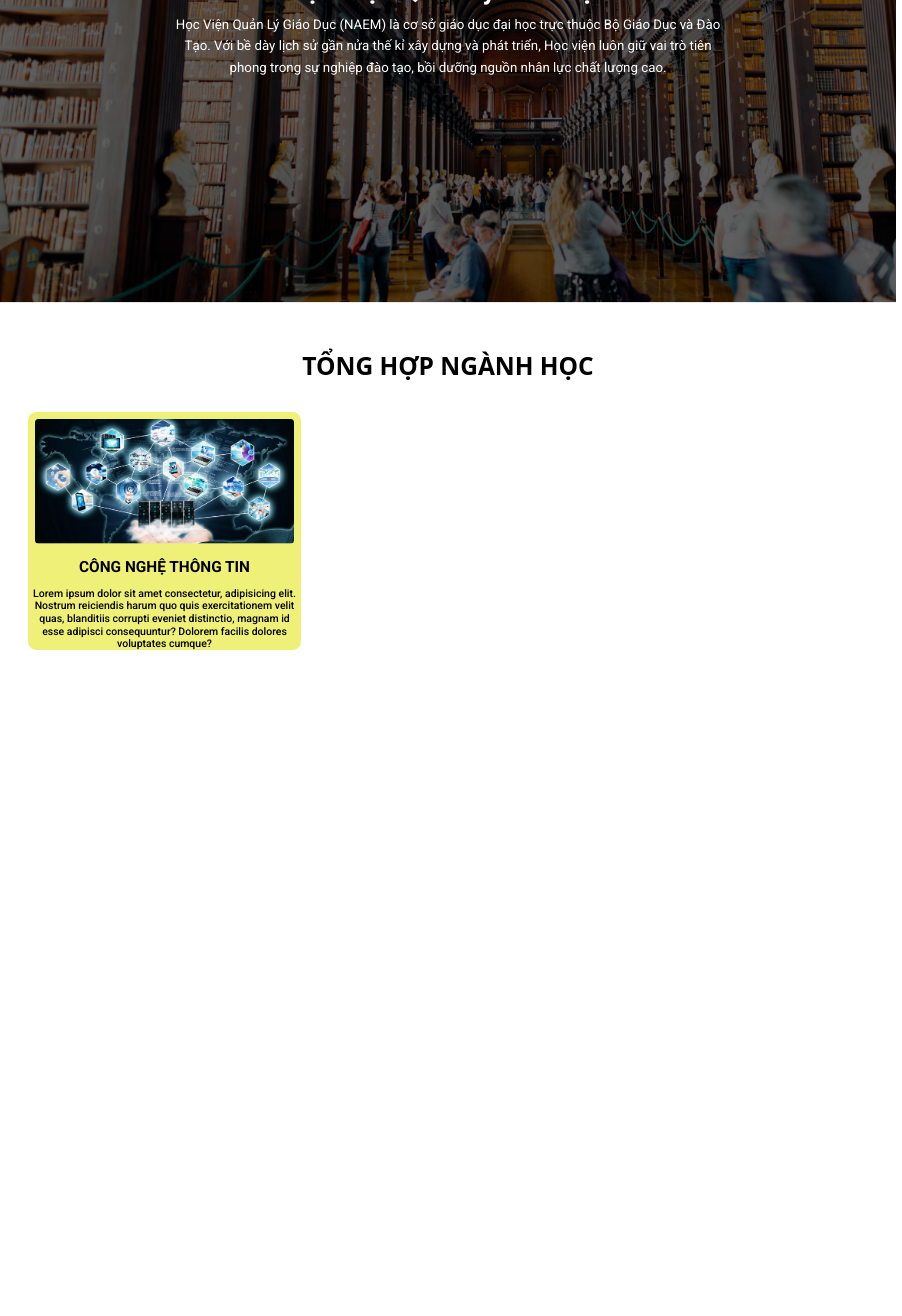
Repository: hongphuck1/trangweb1
Page: index.html
The author's editor kept a copy of each file at every save. The page is drawn from the files as they stood at one save, then again after the next save.
The browser window is 1280 px wide. The page is 1288 px wide, so the pictures cover 1288 px, including what lies to the right of the window. The pictures show the part of the page from y = 1492 to 3372 px (the page is 4941 px tall), at 70% of full size.

Above is the page before, as saved 2021-09-07 02:00:42.

### index.html
<!DOCTYPE html>
<html lang="en">

<head>
  <meta charset="UTF-8" />
  <meta name="viewport" content="width=device-width, initial-scale=1, shrink-to-fit=no" />
  <meta http-equiv="x-ua-compatible" content="ie=edge" />
  <title>Material Design for Bootstrap</title>
  <!-- MDB icon -->
  <link rel="icon" href="img/SSS1.png" type="image/x-icon" />
  <!-- Font Awesome -->
  <link rel="stylesheet" href="https://use.fontawesome.com/releases/v5.15.2/css/all.css" />
  <!-- Google Fonts Roboto -->
  <link rel="stylesheet" href="https://fonts.googleapis.com/css2?family=Roboto:wght@300;400;500;700;900&display=swap" />
  <!-- MDB -->
  <link rel="stylesheet" href="css/style.css" />
  <link rel="stylesheet" href="css/base.css" />
  <link rel="stylesheet" href="css/grid.css" />
  <link rel="stylesheet" href="css/mdb.min.css" />
</head>

<body>
  <!-- Start your project here-->
  <div class="main">
    <!--Main Navigation-->
    <header>


      <!-- Navbar -->
      <nav class="navbar--opacity navbar navbar-expand-lg navbar-light fixed-top mask-custom shadow-0">
        <div class="container">

          <a class="navbar-brand nav-link" target="_blank" href="https://mdbootstrap.com/docs/standard/">
            <strong style="font-size: 2.2rem;">MRC</strong>
          </a>
          <button class="navbar-toggler navbar-toggler--opacity" type="button" data-mdb-toggle="collapse"
            data-mdb-target="#navbarSupportedContent" aria-controls="navbarSupportedContent" aria-expanded="false"
            aria-label="Toggle navigation">
            <i style="color: #ccc" class="fas fa-bars"></i>
          </button>
          <div class="collapse navbar-collapse" id="navbarSupportedContent">
            <ul class="navbar-nav me-auto mb-2 mb-lg-0">
              <li class="nav-item active">
                <a class="nav-link" aria-current="page" href="#intro">Giới thiệu</a>
              </li>
              <li class="nav-item">
                <a class="nav-link" href="https://www.facebook.com/MRC.NAEM" rel="nofollow" target="_blank">Hỏi đáp</a>
              </li>
              <li class="nav-item">
                <a class="nav-link" href="https://www.facebook.com/MRC.NAEM" target="_blank">Bài viết</a>
              </li>
              <li class="nav-item">
                <a class="nav-link" href="https://www.facebook.com/messages/t/101815085369835" target="_blank">Liên
                  hệ</a>
              </li>
            </ul>
            <ul class="navbar-nav list-inline">
              <!-- Icons -->
              <li class="">
                <a class="nav-link" href="https://www.youtube.com/channel/UCjl0s7v8m8V4IzuAS1fH-iA" rel="nofollow"
                  target="_blank">
                  <i class="fab fa-youtube"></i>
                </a>
              </li>
              <li class="">
                <a class="nav-link" href="https://www.facebook.com/MRC.NAEM" rel="nofollow" target="_blank">
                  <i class="fab fa-facebook-f"></i>
                </a>
              </li>
              <li class="nav-item">
                <a class="nav-link" href="https://www.tiktok.com/@mrcnaem" rel="nofollow" target="_blank">
                  <i class="fab fa-tiktok"></i>
                </a>
              </li>
              <li class="nav-item">
                <a class="nav-link" href="tel: 0349167687" rel="nofollow" target="_blank">
                  <i class="fas fa-envelope"></i>
                </a>
              </li>
            </ul>
          </div>
        </div>
      </nav>

      <!-- Carousel wrapper -->
      <div id="introCarousel" class="carousel slide carousel-fade shadow-2-strong" data-mdb-ride="carousel">
        <!-- Indicators -->
        <ol class="carousel-indicators">
          <li data-mdb-target="#introCarousel" data-mdb-slide-to="0" class="active"></li>
          <li data-mdb-target="#introCarousel" data-mdb-slide-to="1"></li>
          <li data-mdb-target="#introCarousel" data-mdb-slide-to="2"></li>
        </ol>

        <!-- Inner -->
        <div class="carousel-inner">
          <!-- Single item -->
          <div class="carousel-item active">
            <div class="mask" style="background-color: rgba(0, 0, 0, 0.6);">
              <div class="d-flex justify-content-center align-items-center h-100">
                <div class="text-white text-center">
                  <h1 style="font-size: 2.4rem;" class="mb-3">CLB TUYỂN SINH VÀ TRUYỀN THÔNG - MRC NAEM</h1>
                  <h5 style="font-size: 1.2rem;" class="mb-4">Hỗ trợ tư vấn - hướng nghiệp, trả lời những thắc mắc cho
                    học sinh và phụ huynh.</h5>

                  <a style="font-size: 1.8rem; " class="btn-DANGKI btn btn-outline-light btn-lg m-2"
                    href="https://www.facebook.com/MRC.NAEM" target="_blank" role="button">Đăng kí ngay</a>
                </div>
              </div>
            </div>
          </div>

          <!-- Single item -->
          <div class="carousel-item">
            <div class="mask" style="background-color: rgba(0, 0, 0, 0.3);">
              <div class="d-flex justify-content-center align-items-center h-100">
                <div class="text-white text-center">
                  <h1 style="font-size: 2.4rem;" class="mb-3">CLB TUYỂN SINH VÀ TRUYỀN THÔNG - MRC NAEM</h1>
                  <h5 style="font-size: 1.2rem;" class="mb-4">Hỗ trợ tư vấn - hướng nghiệp, trả lời những thắc mắc cho
                    học sinh và phụ huynh.</h5>

                  <a style="font-size: 1.8rem; " class="btn-DANGKI btn btn-outline-light btn-lg m-2"
                    href="https://www.facebook.com/MRC.NAEM" target="_blank" role="button">Đăng kí ngay</a>
                </div>
              </div>
            </div>
          </div>

          <!-- Single item -->
          <div class="carousel-item">
            <div class="mask" style="
                background: linear-gradient(
                  45deg,
                  rgba(29, 236, 197, 0.7),
                  rgba(91, 14, 214, 0.7) 100%
                );
              ">
              <div class="d-flex justify-content-center align-items-center h-100">
                <div class="text-white text-center">
                  <h1 style="font-size: 2.4rem;" class="mb-3">CLB TUYỂN SINH VÀ TRUYỀN THÔNG - MRC NAEM</h1>
                  <h5 style="font-size: 1.2rem;" class="mb-4">Hỗ trợ tư vấn - hướng nghiệp, trả lời những thắc mắc cho
                    học sinh và phụ huynh.</h5>

                  <a style="font-size: 1.8rem; " class="btn-DANGKI btn btn-outline-light btn-lg m-2"
                    href="https://www.facebook.com/MRC.NAEM" target="_blank" role="button">Đăng kí ngay</a>
                </div>
              </div>
            </div>
          </div>
        </div>
        <!-- Inner -->

        <!-- Controls -->
        <a class="carousel-control-prev" href="#introCarousel" role="button" data-mdb-slide="prev">
          <span class="carousel-control-prev-icon" aria-hidden="true"></span>
          <span class="sr-only">Previous</span>
        </a>
        <a class="carousel-control-next" href="#introCarousel" role="button" data-mdb-slide="next">
          <span class="carousel-control-next-icon" aria-hidden="true"></span>
          <span class="sr-only">Next</span>
        </a>
      </div>
      <!-- Carousel wrapper -->
    </header>


    <section>
      <div class="container-body">
        <div class="container-body-name">
          <h1>Thông Tin Tuyển Sinh</h1>
        </div>

        <div class="row">
          <div class="col l-6">
            <div class="container-body-content">
              <h2 class="container-body-content__name">Các Phương Án Xét Tuyển</h2>
              <div class="container-body-content-attention">
                <i class="fas fa-check-double"></i>
                <h4>Dựa vào học bạ (Điểm HK1 & HK2 lớp 11 và điểm HK1 lớp 12)</h4>
              </div>
              <div class="container-body-content-attention">
                <i class="fas fa-check-double"></i>
                <h4>Sử dụng kết quả thi THPT 2021</h4>
              </div>
              <div class="container-body-content-attention">
                <i class="fas fa-check-double"></i>

                <h4>Tuyển thẳng</h4>
              </div>
              <div class="container-body-content-attention">
                <i class="far fa-bell"></i>
                <h4>Cơ hội trúng tuyển cao khi có tới 70% chỉ tiêu qua xét tuyển học bạ</h4>
              </div>
              <div class="container-body-content-attention">
                <i class="far fa-plus-square"></i>
                <h4>Đặc biệt sinh viên được phép học thêm một ngành khác tại Học viện (Luật, Ngôn ngữ Anh, Tâm lý giáo
                  dục, Quản trị văn phòng, Giáo dục học, Quản lý giáo dục và Kinh tế giáo dục)</h4>
              </div>
            </div>
          </div>
          <div class="col l-6">
            <div class="container-body-img">
              <img src="img/klipartz.com_-1024x586.png" alt="">
            </div>
          </div>
        </div>


      </div>

      <div class="container-body-review">
        <div class="grid wide">
          <div class="row">
            <div class="col l-12">
              <img src="img/1-1.png" alt="">
              <div class="container-body-review__name">
                Học Viện Quản Lý Giáo Dục
              </div>
              <div class="container-body-review__title">
                Học Viện Quản Lý Giáo Dục (NAEM) là cơ sở giáo dục đại học trực thuộc Bộ Giáo Dục và Đào Tạo. Với bề dày
                lịch sử gần nửa thế kỉ xây dựng và phát triển, Học viện luôn giữ vai trò tiên phong trong sự nghiệp đào
                tạo, bồi dưỡng nguồn nhân lực chất lượng cao.
              </div>
            </div>
          </div>
        </div>
      </div>

      <div class="container-body-subjects">
        <h1>TỔNG HỢP NGÀNH HỌC</h1>

        <div class="grid wide">
          <div class="row">
            <div class="col l-4">
              <div class="container-body-subject">
                <img src="img/congnghethongtin.png" alt="">
                <h2>CÔNG NGHỆ THÔNG TIN</h2>
                <h4>Lorem ipsum dolor sit amet consectetur, adipisicing elit. Nostrum reiciendis harum quo quis
                  exercitationem velit quas, blanditiis corrupti eveniet distinctio, magnam id esse adipisci
                  consequuntur? Dolorem facilis dolores voluptates cumque?</h4>
              </div>
            </div>
            <div class="col l-4"></div>
            <div class="col l-4"></div>
          </div>
        </div>

    </section>

  </div>
  <!--Main Navigation-->
  <!-- End your project here-->

  <!-- MDB -->
  <script type="text/javascript" src="js/mdb.min.js"></script>
  <!-- Custom scripts -->
  <script type="text/javascript"></script>
</body>

</html>

### css/style.css

.main {

    height: 1000px;
}

/* Carousel styling */
#introCarousel,
.carousel-inner,
.carousel-item,
.carousel-item.active {
  height: 100vh;
}

.carousel-item:nth-child(1) {
  background-image: url('https://mdbootstrap.com/img/Photos/Others/images/76.jpg');
  background-repeat: no-repeat;
  background-size: cover;
  background-position: center center;
}

.carousel-item:nth-child(2) {
  background-image: url('https://mdbootstrap.com/img/Photos/Others/images/77.jpg');
  background-repeat: no-repeat;
  background-size: cover;
  background-position: center center;
}

.carousel-item:nth-child(3) {
  background-image: url('https://mdbootstrap.com/img/Photos/Others/images/78.jpg');
  background-repeat: no-repeat;
  background-size: cover;
  background-position: center center;
}

/* Height for devices larger than 576px */
@media (min-width: 992px) {
  #introCarousel {
    margin-top: -58.59px;
  }
}

.navbar .nav-link {
  color: #fff !important;
}



/* trèn đè css boottraps */

.nav-link {
  /* padding: 1.2rem 1rem !important; */
  font-size: 1.6rem;
  padding-right: 20px !important;
}

.nav-link:hover {
  /* padding: 1.2rem 1rem !important; */
  color: yellow !important;
  transition: color 0.5s ;
}


.btn-DANGKI:hover {
  color: yellow !important;
  border: 1px solid yellow !important;
  transition: 0.5s ;
}

.navbar-dark .navbar-toggler, .navbar-light .navbar-toggler {
  display: block;
}

.navbar--opacity {
  background-color: rgba(1,1,1,0.2);
}


@media only screen and (max-width: 600px) {
 .text-center h1 {
    font-size: 2.7rem !important;
    padding: 20px 0;
  }
  .carousel-control-next, .carousel-control-prev{
    display: none !important;
  }
  .text-center h5{
    padding: 0 20px;
    line-height: 1.9rem !important;
    font-size: 1.4rem !important;
  }
}


@import url('https://fonts.googleapis.com/css2?family=Poppins:wght@300;400;600;700&display=swap');
  :root {
    --primary: #08aeea;
    --secondary: #13D2B8;
    --purple: #bd93f9;
    --pink: #ff6bcb;
    --blue: #8be9fd;
    --gray: #333;
    --font: "Poppins", sans-serif;
    --gradient: linear-gradient(40deg, #ff6ec4, #7873f5);
    --shadow: 0 0 15px 0 rgba(0,0,0,0.05);
  }
  *,
  *:before,
  *:after {
    box-sizing: border-box;
  }
  html {
    font-size: 62.5%;
  }

  body {
    font-family: var(--font);
    font-size: 1.4rem;
    overflow-x: hidden;
    font-weight: 300;
  }

  img {
    display: block;
    max-width: 100%;
  }

  a {
    text-decoration: none;
  }

  input,
  button,
  textarea,
  select {
    font-family: var(--font);
    font-size: 1.4rem;
    font-weight: 300;
    outline: none;
    border: 0;
    margin: 0;
    padding: 0;
    border-radius: 0;
    -webkit-appearance: none;
  }

  button {
    cursor: pointer;
  }

          .simple-card {
            background-color: white;
            border-radius: 2rem;
            padding: 1.5rem;
            box-shadow: var(--shadow);
          }
          .simple-card-image {
            position: relative;
            height: 0;
            padding-bottom: 56.25%;
          }
          .simple-card-image > img {
            position: absolute;
            top: 0;
            left: 0;
            width: 100%;
            height: 100%;
            object-fit: cover;
            border-radius: 1rem;
          }
          .simple-card-content {
            padding: 3rem 1rem;
          }
          .simple-card-title {
            font-weight: 500;
            font-size: 2rem;
            line-height: 1.6;
            margin-bottom: 1.5rem;
            color: #2b2b2b;
          }
          .simple-card-desc {
            color: #c7cbdc;
            font-weight: 300;
            line-height: 1.6;
            font-size: 1.4rem;
            margin-bottom: 3rem;
          }
          .simple-card-line {
            width: 30%;
            height: 2px;
            margin-left: auto;
            background-color: var(--primary);
          }

          .container-body{
            padding-top: 40px;
            padding-bottom: 70px;
          }
          .container-body-name{
            text-align: center;
            padding: 40px 0 ;
          }
          .container-body-name h1{
            color: #000000;
            font-family: "Open Sans", Sans-serif;
            font-size: 35px;
            font-weight: 700;
            text-transform: capitalize;
          }

          .container-body-content{
           padding-left: 100px;
          }
          .container-body-content__name{
           font-size: 2.8rem;
           color: #000000;
           padding-bottom: 10px;
          }
          .container-body-content-attention{
          display: flex;
          align-items: center;
          padding: 4px 0;
          }
          .container-body-content-attention i{
            transform: translateY(-15%);
            padding-right: 10px;
            font-size: 1.8rem;
            color: var(--primary);
          }
          .container-body-content-attention h4{
            font-size: 1.8rem;
          }

          .container-body-img{
          padding: 0 50px ;
          }

.container-body-review {
  background-image: url(../img/Thiết\ kế\ không\ tên.png);
  background-repeat: no-repeat;
  background-size: cover;
  height: 100vh;
}

.container-body-review img {
  width: 150px;
  margin: auto;
  padding-top: 90px;
}


.container-body-review__name, .container-body-review__title {
  text-align: center;
  color: white;
padding-top: 20px;
}

.container-body-review__name {
  font-size: 3.8rem;
  padding: 4px 0;
  font-weight: 600;
}

.container-body-review__title {
  font-size: 1.9rem;
  padding: 0 200px;
}



/* TỔNG HỢP NGÀNH HỌC */

.container-body-subjects{
  padding: 70px 0;
}

.container-body-subjects h1 {
  text-align: center;
  padding-bottom: 40px;
  color: rgb(0, 0, 0);
    font-family: "Open Sans", sans-serif;
    font-size: 35px;
    font-weight: 700;
    text-transform: capitalize;
}

.container-body-subject {
  background-color: #eff078;
  text-align: center;
  border-radius: 12px;
  color: #000000;
}

.container-body-subject img {
  width: 100%;
  padding: 10px;
  border-radius: 15px;

}

.container-body-subject h2{
  padding: 10px 0;
  font-weight: 600;
  font-size: 2.2rem;
}

### css/base.css
:root {
    --white-color: #fff;
    --black-color: #000;
    --text-color: rgb(110, 109, 109);
    --primary-color: #6EC1E4;
    --primary-color-sub: #fd3f00;
    --border-color: #dbdbdb;

    --header: 109px;
    --header-top: 36px;
    --navbar-height: 27px;
    --header-with-search-height: calc(var(--header-height) - var(--navbar-height));
    --header-sort-bar-height: 46px;
}


* {
    margin: 0;
    padding: 0;
    box-sizing: border-box;

}
.no-copy__text {
    user-select: none;
}
html {
    font-size: 62.5%;
    line-height: 1.6rem;
    font-family: 'Roboto', sans-serif;

    /* user-select: none;   không cho copy text */
}

body {
    height: 5000px;
}
@media only screen and  (max-width: 1000px) and (min-width: 700px) {
    html {
    }
}

Loaded but not shown: css/mdb.min.css (library); js/mdb.min.js (library); css/grid.css (590 lines, source omitted)

After the next save:
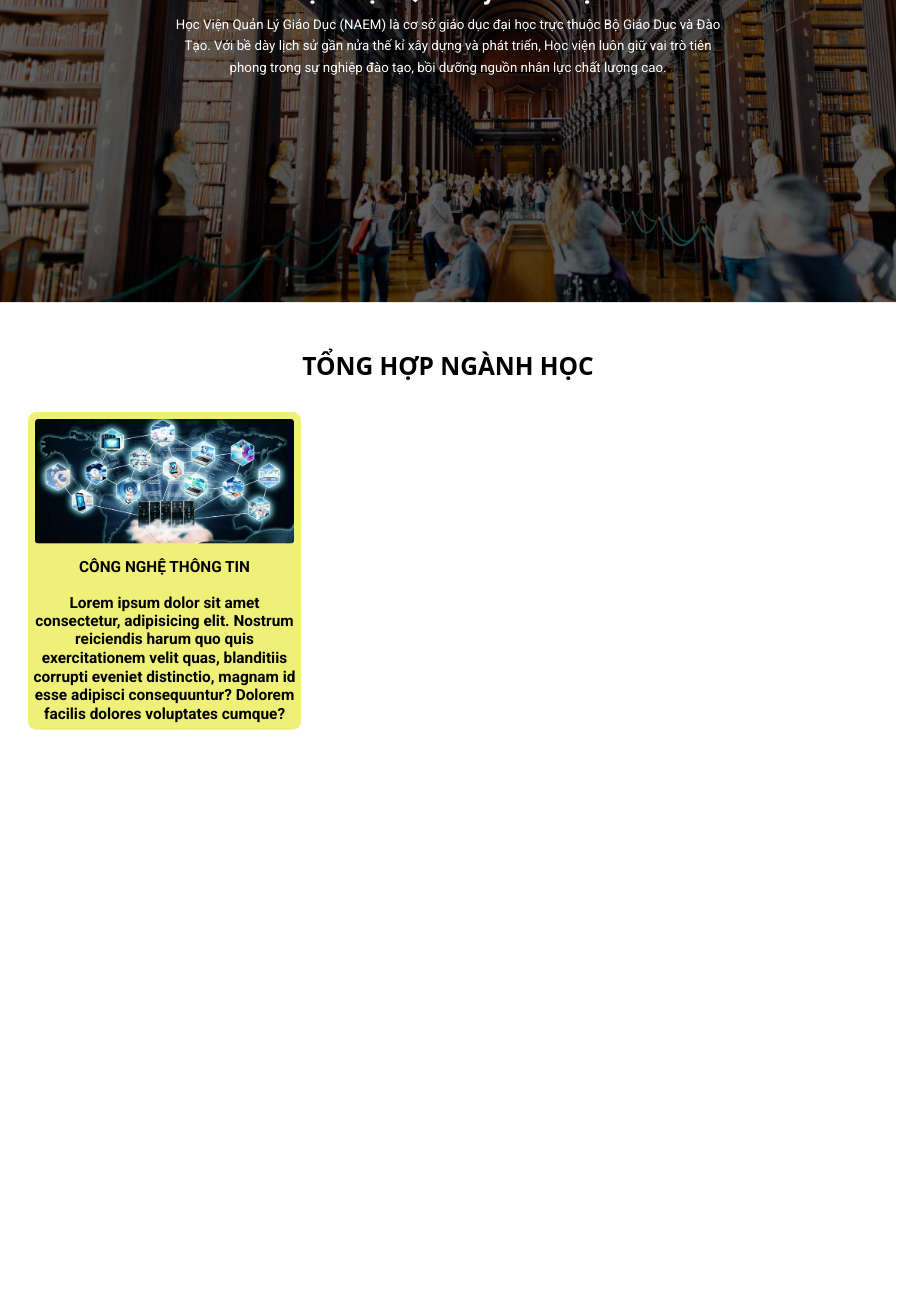
Saved 19 s later.
--- a/css/style.css
+++ b/css/style.css
@@ -303,3 +303,9 @@
   font-weight: 600;
   font-size: 2.2rem;
 }
+
+.container-body-subject h4{
+  padding: 10px 0;
+  font-weight: 600;
+  font-size: 2.2rem;
+}
